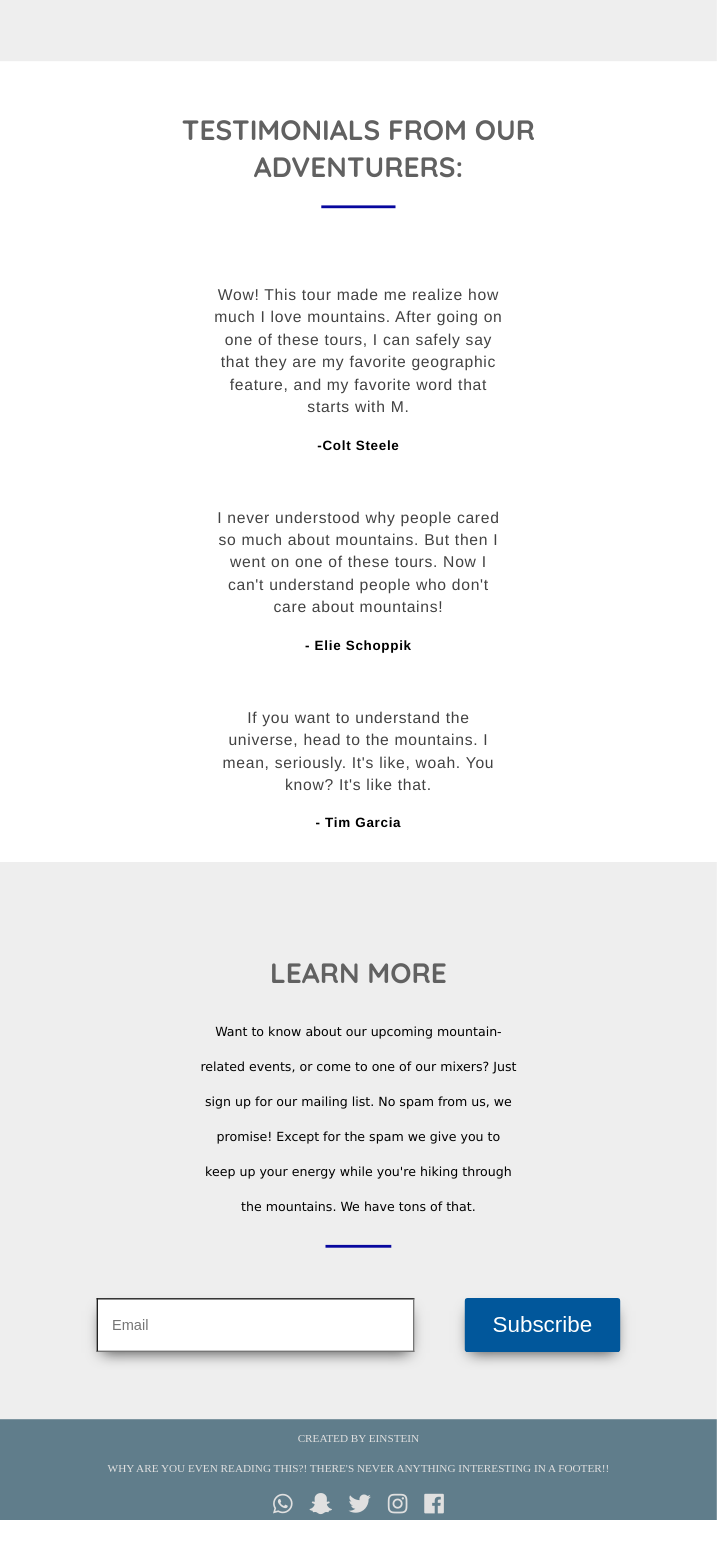
Repository: Einsteiniumeinsteinian/Advanced-CSS
Page: css-project-starter-code/index.html
An editor plug-in stored every save of this project. The page is shown before and after the next save, followed by the edit.
The browser window is 1024 px wide. The pictures show the part of the page from y = 3418 to 5658 px (the page is 5622 px tall before and 5658 px after), at 70% of full size.
Some web libraries are served in a nearby version.

Above is the page before, as saved 2021-09-02 14:04:42.

After the next save:
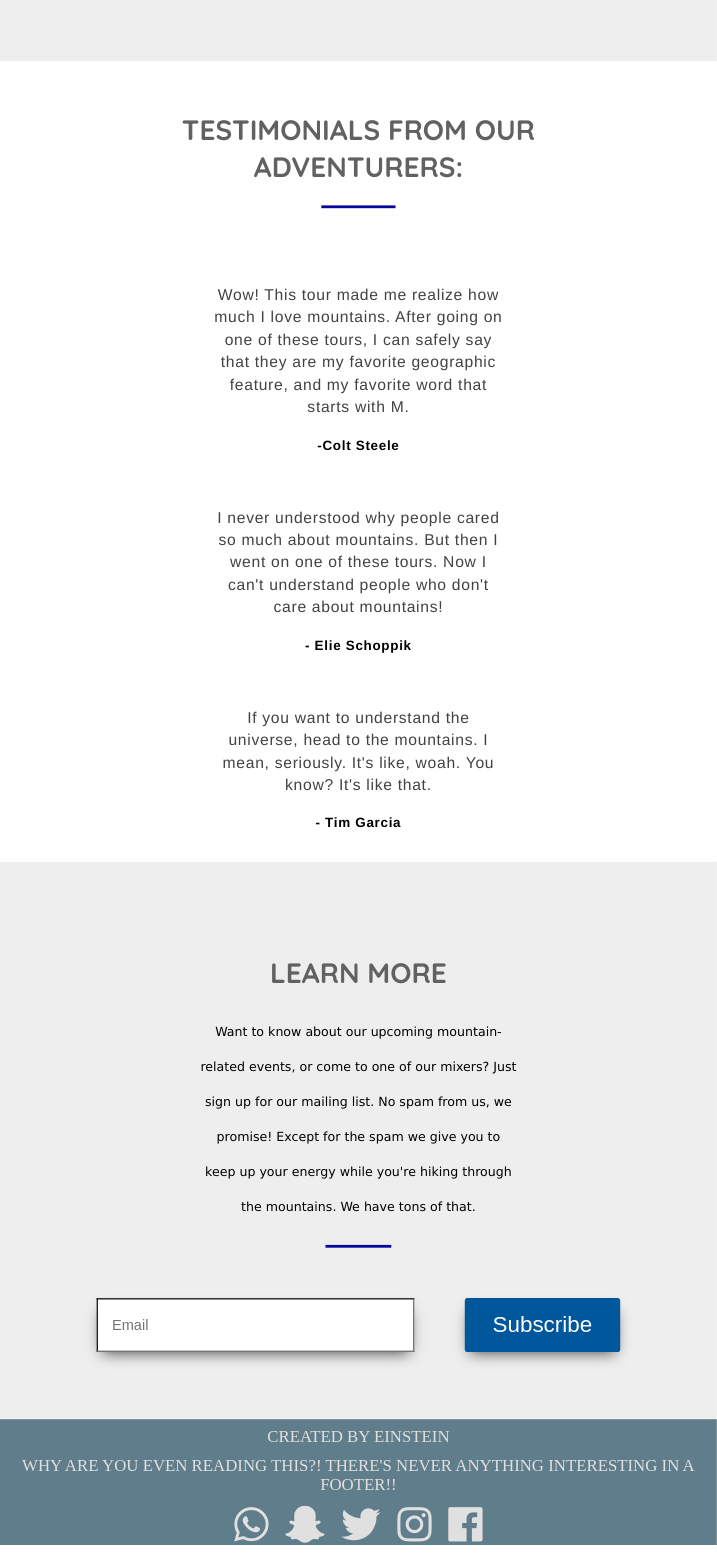
Saved 9 s later.
--- a/css-project-starter-code/assets/css/styles.css
+++ b/css-project-starter-code/assets/css/styles.css
@@ -365,19 +365,19 @@ footer > p{
 @media screen and (max-width: 1220px) {
 footer{
     flex-direction: column;
-    height: 20vh;
+    height: 25vh;
 }
 
 
 footer > p{
     margin-top: 10px;
     text-align: center;
-  /* font-size: 1.5rem; */
+  font-size: 1.5rem;
 }
 .footer-text{
     margin-bottom: 10px;
 }
 .icon-pack > i{
-    /* font-size: 3.5rem; */
-}
-}
+    font-size: 3.5rem;
+}
+}
